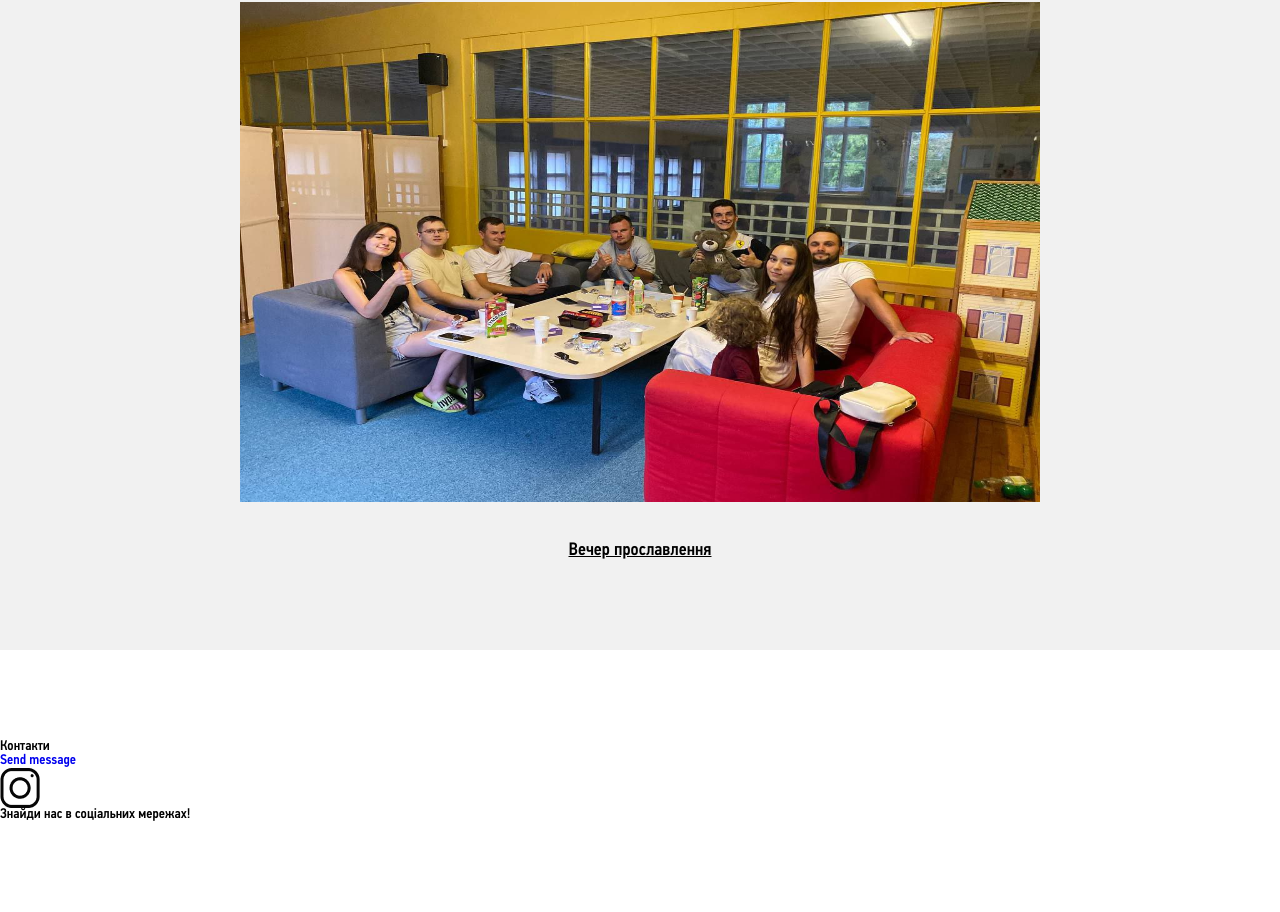
Repository: Bohdan-Sandovenko/youth-project
Page: index.html
These files come from the project's save history. The page is drawn as it stood at one moment and after the next save; the edit follows.
The browser window is 1280 px wide. The pictures show the part of the page from y = 2576 to 3528 px (the page is 3488 px tall before and 3528 px after).
Some web fonts or font styles are not loaded; a fallback is used. The style sheet was rebuilt from its Sass, Less or Tailwind sources for each picture, by a compiler version that may differ from the author's.

Above is the page before, as saved 2024-09-23 20:28:01.

### index.html
<!DOCTYPE html>
<html lang="en">
<head>
    <meta charset="UTF-8">
    <meta name="viewport" content="width=device-width, initial-scale=1.0">
    <title>Pharos - Christian youth</title>
    <link rel="stylesheet" href="css/style.css">
    <link rel="stylesheet" href="css/media.css">
</head>
<body>
    <header class="header">
        <div class="container">
            <!--Header nav-->
            <div class="header-nav">
                <a href="#!" class="logo">Pharos</a>
                <nav class="nav">
                    <ul class="nav-list">
                        <li class="nav-item"><a href="" class="nav-link">Главная</a></li>
                        <li class="nav-item"><a href="" class="nav-link">О Нас</a></li>
                        <li class="nav-item"><a href="" class="nav-link">Фотогалерея</a></li>
                        <li class="nav-item"><a href="" class="nav-link">Контакты</a></li>
                    </ul>
                </nav>
            </div>
            <!--header content-->
            <div class="header-row">
                <div class="header-content">
                    <h1 class="header-heading">Молодіжка в Ґданську</h1>
                    <p>Щосуботи о 19:00 Generała Henryka Dąbrowskiego 11</p>
                </div>
                <div class="header-img">
                    <img src="./img/cross-chrisitian.png" alt="">
                </div>
            </div>
        </div>
    </header>
    <section class="services">
        <div class="container">
            <div class="services-row">
                <div class="service-card">
                    <img class='service-card-img'src="./img/icons/bible.png" alt="">
                    <h3 class="service-card-title">Проповіді</h3>
                </div>

                <div class="service-card">
                    <img class='service-card-img' src="./img/icons/sing-song.png" alt="">
                    <h3 class="service-card-title">Прославлення</h3>
                </div>

                <div class="service-card">
                    <img class='service-card-img' src="./img/icons/active-games.png" alt="">
                    <h3 class="service-card-title">Вільний час</h3>
                </div>
            </div>
        </div>
    </section>
    <section class="images">
        <div class="container">
            <div class="images-title">
                <h2 class="title-1">Чим ми займаємося?</h2>
            </div>
            <div class="images-about-us">
                <img src="img/sermons.jpg" alt="" class="about-image">
                <h3 class="worhip-title"><a href="#!">Вечер прославлення</a></h3>
            </div>

            <div class="images-about-us">
                <img src="img/worship.JPG" alt="" class="about-image">
                <h3 class="worhip-title"><a href="#!">Вечер прославлення</a></h3>
            </div>

            <div class="images-about-us">
                <img src="img/young-conversation.jpg" alt="" class="about-image">
                <h3 class="worhip-title"><a href="#!">Вечер прославлення</a></h3>
            </div>
        </div>
    </section>
    <footer class="contacts">
        <div class="container">
            <div class="contacts-title">
                <h2 class="title-1">Контакти</h2>
            </div>
            <div class="contacts-button">
                <a href="#!" class="btn">Send message</a>
            </div>
            <div class="contacts-social">
                <a href=""><img src="./img/instagram.png" alt="Instagram"></a>
            </div>
            <div class="contacts-footer">
                Знайди нас в соціальних мережах!
            </div>
        </div>
    </footer>
    <script src="./js/main.js"></script>
</body>
</html>

### css/style.scss
@import "nullstyles.scss";

@font-face {
    font-family: 'Poppins';
    src: url('../fonts/Poppins/PFDinTextCondPro-Medium.woff2') format('woff2');
    font-weight: 900;
    font-style: bold;
    font-display: swap;
}

@font-face {
    font-family: 'Permanent Marker';
    src: url('../fonts/Permanent/PermanentMarker-Regular.woff2') format('woff2');
    font-weight: normal;
    font-style: normal;
    font-display: swap;
}

body {
    color: black;
    font-family: 'Poppins', sans-serif;

    .header {
        padding: 46px 0px 0px 0px;
        background-color: #F1F1F1;

        .container {
            max-width: 1230px;
            padding: 0 30px;
            margin: 0 auto;

            .header-nav {
                display: flex;
                justify-content: space-between;
                align-items: flex-end;
                margin-bottom: 76px;

                .logo {
                    font-family: 'Permanent Marker';
                    font-weight: 700;
                    font-size: 40px;
                    color: black;
                }

                .nav-list {
                    display: flex;
                    column-gap: 50px; //оступы между элементами
                    font-size: 14px;

                    .nav-item {
                        .nav-link {
                            color: black;

                            &:hover {
                                color: #606060;
                            }
                        }
                    }
                }
            }

            .header-row {
                display: flex;
                justify-content: space-between;
                column-gap: 30px;

                .header-content {
                    max-width: 500px;
                    align-self: center;

                    .header-heading {
                        font-weight: 600;
                        margin-bottom: 20px;
                        font-size: 44px;
                    }

                    p {
                        line-height: 2;
                    }
                }
            }
        }
    }

    //Service
    .services {
        padding: 90px 0px;

        .container {
            display: flex;
            justify-content: center;

            .services-row {
                display: flex;
                column-gap: 40px;

                .service-card {


                    .service-card-img {
                        height: 70px;
                        width: 70px;
                        margin-bottom: 30px;
                    }

                    .service-card-title {
                        font-weight: 600;
                        font-size: 24px;
                        margin-bottom: 10px;
                        text-transform: uppercase;
                    }

                    & p {
                        line-height: 2;
                    }
                }
            }
        }
    }
}

//images
.images {
    background-color: #F1F1F1;
    padding: 90px 0px;

    .container {
        .images-title {
            text-align: center;
            margin-bottom: 70px;

            .title-1 {
                font-size: 34px;
                font-weight: 600;
            }
        }

        .images-about-us {
            text-align: center;

            &+.images-about-us {
                margin-top: 90px;
            }

            .about-image {
                height: 500px;
                width: 800px;
                margin-bottom: 40px;
            }

            .worhip-title {
                font-size: 18px;

                & a {
                    color: #000;
                    text-decoration: underline;
                }
            }
        }
    }
}

.contacts {
    padding: 90px 0px;

    .contacts-title {}
}

### css/nullstyles.scss
* {
    padding: 0;
    margin: 0;
    border: 0;
}


*,
*:before,
*:after {
    -webkit-box-sizing: border-box;
    -moz-box-sizing: border-box;
    box-sizing: border-box;
}


:focus,
:active {
    outline: none;
}

a:focus,
a:active {
    outline: none;
}


nav,
footer,
header,
aside {
    display: block;
}


html,
body {
    height: 100%;
    width: 100%;
    font-size: 100%;
    line-height: 1;
    font-size: 14px;
    -ms-text-size-adjust: 100%;
    -moz-text-size-adjust: 100%;
    -webkit-text-size-adjust: 100%;
}


input,
button,
textarea {
    font-family: inherit;
}


input::-ms-clear {
    display: none;
}

button {
    cursor: pointer;
}

button::-moz-focus-inner {
    padding: 0;
    border: 0;
}

a,
a:visited {
    text-decoration: none;
}

a:hover {
    text-decoration: none;
}

ul li {
    list-style: none;
}

img {
    vertical-align: top;
}

h1,
h2,
h3,
h4,
h5,
h6 {
    font-size: inherit;
    font-weight: 400;
}

Loaded but not shown: js/main.js (no stored copy; drawn as an empty file); css/media.scss (no stored copy; drawn as an empty file)

After the next save:
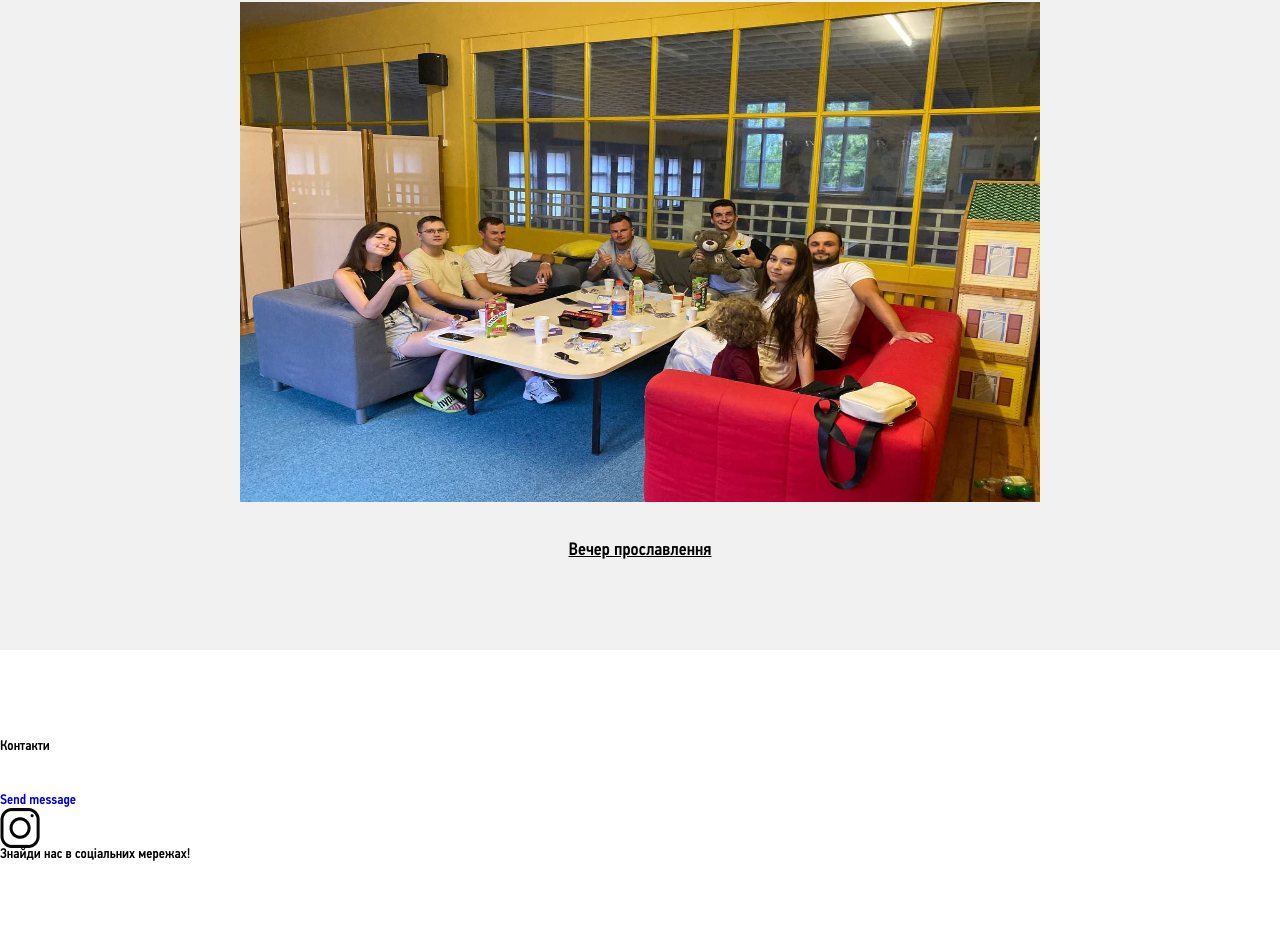
Saved 16 s later.
--- a/css/style.scss
+++ b/css/style.scss
@@ -163,5 +163,7 @@ body {
 .contacts {
     padding: 90px 0px;
 
-    .contacts-title {}
+    .contacts-title {
+        margin-bottom: 40px;
+    }
 }
